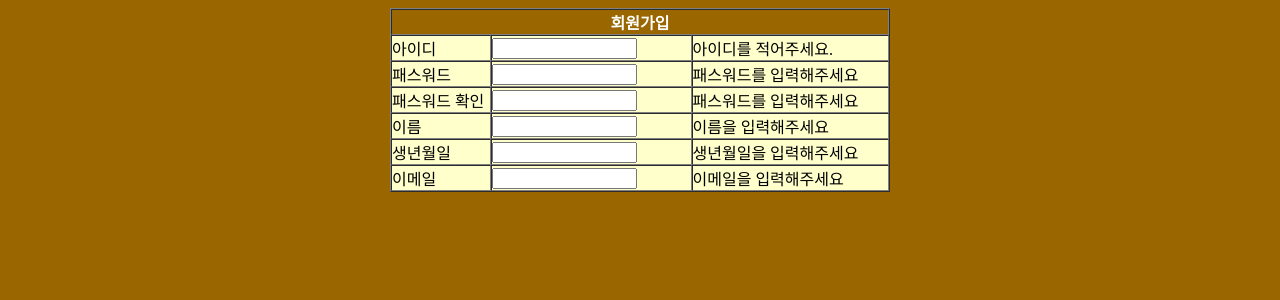
Repository: beom324/jsp-servlet
Page: http://localhost/day1226/member.jsp
An editor plug-in stored every save of this project. The page is shown before and after the next save, followed by the edit.
The browser window is 1280 px wide. The pictures show the whole page.
The page is served by Tomcat 9.

Above is the page before, as saved 2023-12-26 00:38:49.

After the next save:
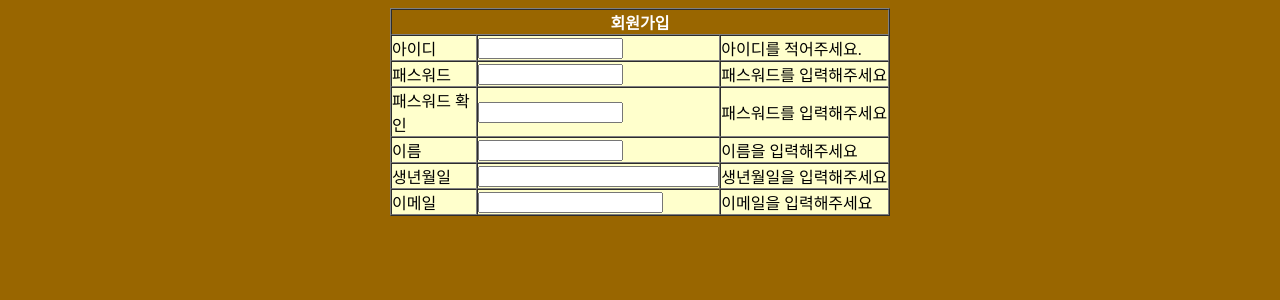
Saved 56 s later.
--- a/day1226/src/main/webapp/member.jsp
+++ b/day1226/src/main/webapp/member.jsp
@@ -48,14 +48,14 @@
 						<tr>
 							<td>생년월일</td>
 							<td>
-								<input type="text" name="birthday" size="15">
+								<input type="text" name="birthday" size="27">
 							</td>
 							<td>생년월일을 입력해주세요</td>
 						</tr>
 						<tr>
 							<td>이메일</td>
 							<td>
-								<input type="text" name="email" size="15">
+								<input type="text" name="email" size="20">
 							</td>
 							<td>이메일을 입력해주세요</td>
 						</tr>
